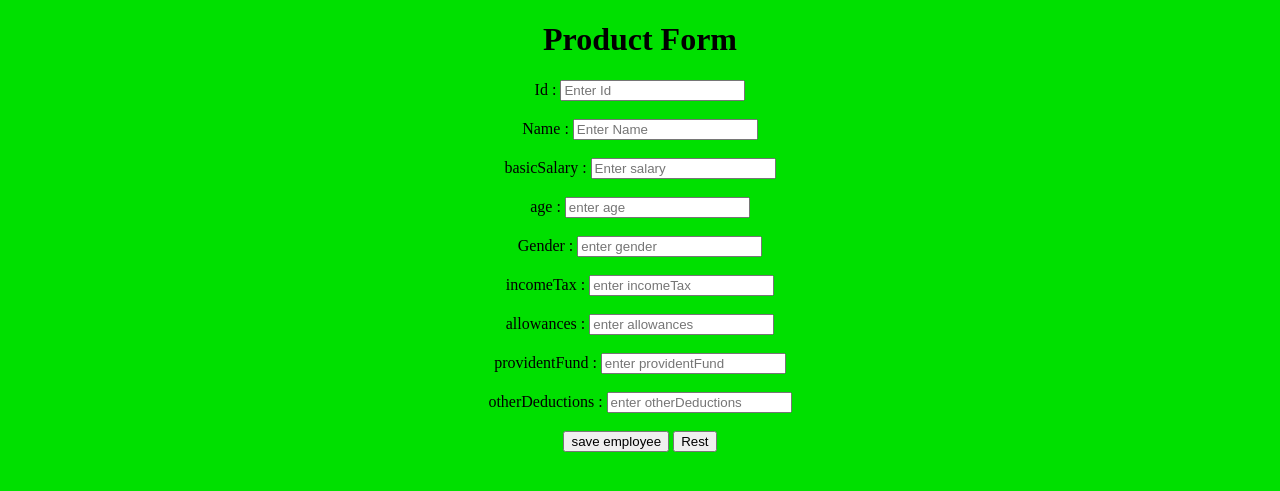
Repository: Ravi-kishor-09/Ravi-projects
Page: http://localhost/add-employee
An editor plug-in stored every save of this project. The page is shown before and after the next save, followed by the edit.
The browser window is 1280 px wide. The pictures show the whole page.
The page is this project's Thymeleaf template; nobody is signed in. The template is opened directly, without the code that normally fills it, so the values that code supplies are empty.

Above is the page before, as saved 2024-12-19 18:24:52.

### employeemanagement/src/main/resources/templates/add-employee.html
<!DOCTYPE html>
<html lang="en">
<head>
    <meta charset="UTF-8">
    <meta name="viewport" content="width=device-width, initial-scale=1.0">
    <title>Document</title>
</head>
<body bgcolor="lite blue"><center>
	<h1>Product Form</h1>
    <form th:action="@{/saveemployee}" method="post">


        <label >Id :</label>
        <input type="number" name="Id" id="Id" placeholder="Enter Id" required>
        <br><br>
        <label>Name :</label>
        <input type="text" name="Name" id="Name" placeholder="Enter Name" required>
        <br><br>
        <label>basicSalary :</label>
        <input type="number" name="basicSalary" id="basicSalary" placeholder="Enter salary" required>
        <br><br>
        <label> age :</label>
        <input type="number" name="age" id="age" placeholder="enter age" required>
        <br><br>
        <label>Gender :</label>
        <input type="text" name="gender" id="gender" placeholder="enter gender" required>
		<br><br>
		<label>incomeTax :</label>
		       <input type="text" name="incomeTax" id="incomeTax" placeholder="enter incomeTax" required>
			<br><br>
			<label>allowances :</label>
			       <input type="text" name="allowances" id="allowances" placeholder="enter allowances" required>
				<br><br>
				<label>providentFund :</label>
				       <input type="text" name="providentFund" id="providentFund" placeholder="enter providentFund" required>
					<br><br>
					<label>otherDeductions :</label>
					       <input type="text" name="otherDeductions" id="otherDeductions" placeholder="enter otherDeductions" required>
						<br><br>

		        <button type="submit">save employee</button>
				<button type="reset">Rest</button>


    </form>
	</center>

</body>
</html>

After the next save:
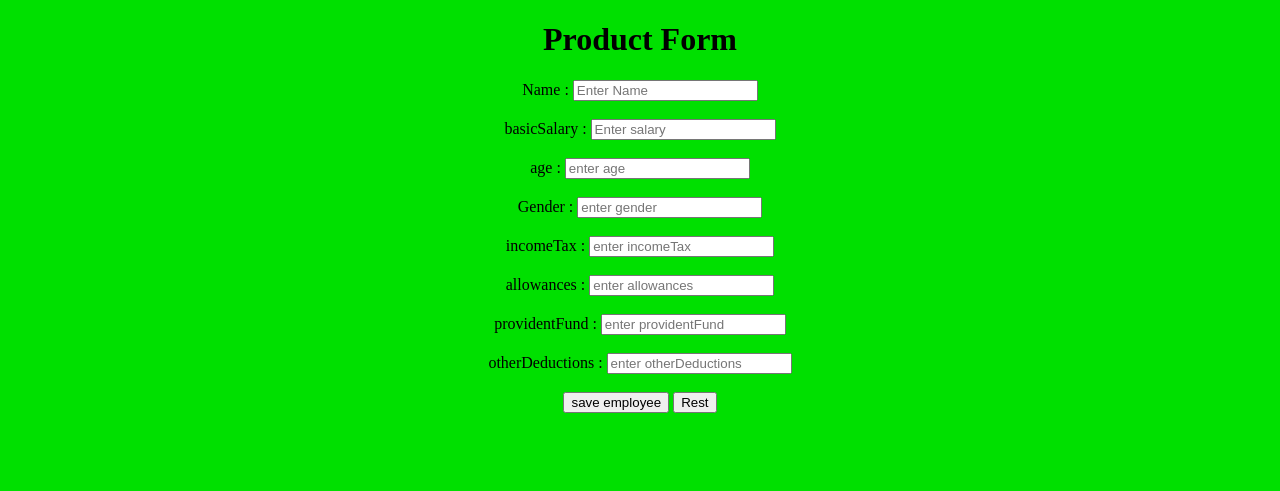
Saved 57 s later.
--- a/employeemanagement/src/main/resources/templates/add-employee.html
+++ b/employeemanagement/src/main/resources/templates/add-employee.html
@@ -10,9 +10,7 @@
     <form th:action="@{/saveemployee}" method="post">
 
 
-        <label >Id :</label>
-        <input type="number" name="Id" id="Id" placeholder="Enter Id" required>
-        <br><br>
+
         <label>Name :</label>
         <input type="text" name="Name" id="Name" placeholder="Enter Name" required>
         <br><br>
